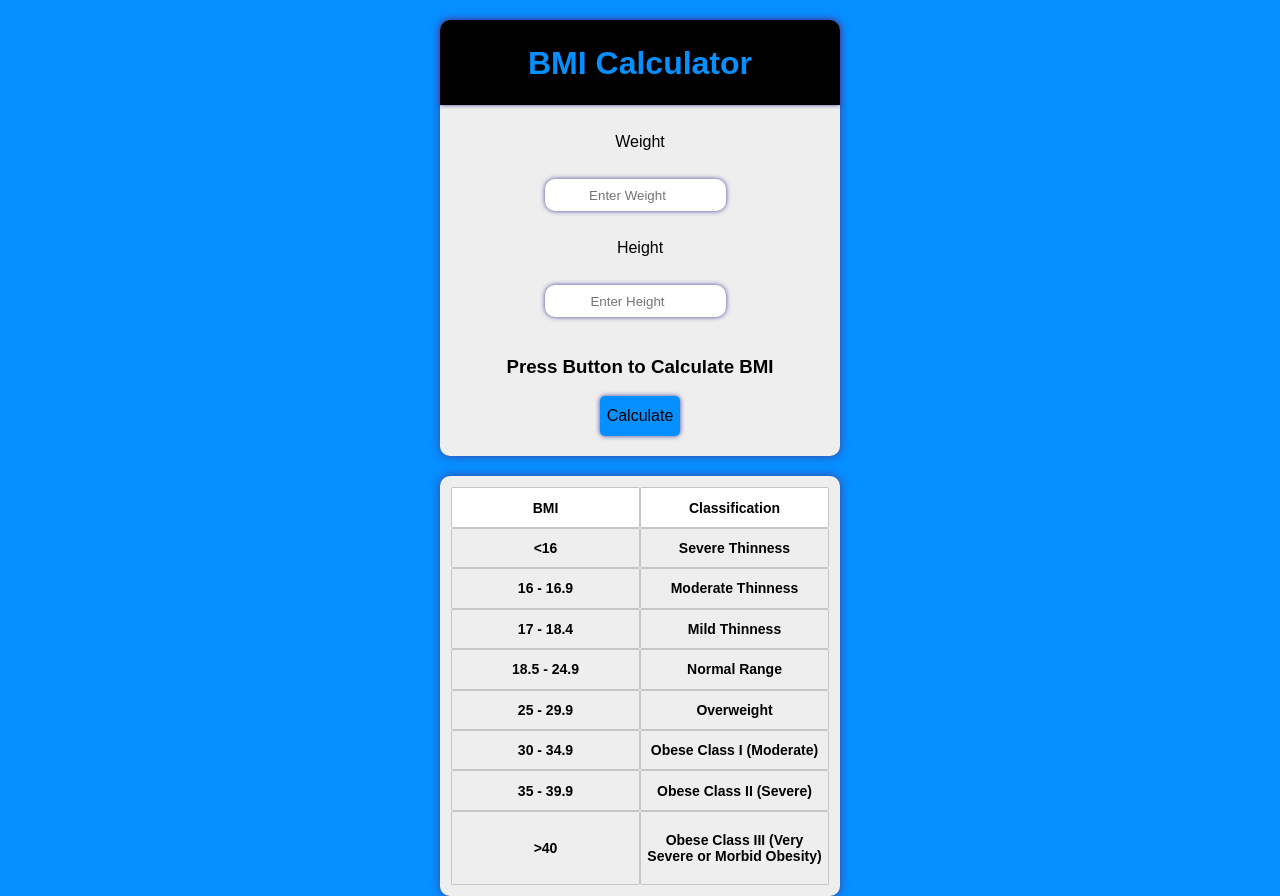
Repository: shayanabedi98/bmi-calculator
Page: index.html
An editor plug-in stored every save of this project. The page is shown before and after the next save, followed by the edit.
The browser window is 1280 px wide. The pictures show the whole page.

Above is the page before, as saved 2023-07-24 18:07:18.

### index.html
<!DOCTYPE html>
<html lang="en">
<head>
    <meta charset="UTF-8">
    <meta name="viewport" content="width=device-width, initial-scale=1.0">
    <title>BMI Calculator</title>
    <link rel="stylesheet" href="styles.css">
</head>
<body>
    <div class="container">
        <div class="card">
            <div class="bmi-calculator">
                <h1>BMI Calculator</h1>
                <label class="weight" for="weight">Weight</label>
                    <input id="weight" placeholder="Enter Weight" type="number">
                    <!-- <input type="radio" name="weight" checked><span>kg</span>
                    <input type="radio" name="weight"><span>lbs</span> -->
                <label class="height" for="height">Height</label>
                    <input type="number" placeholder="Enter Height" id="height">
                    <!-- <input type="radio" name="height" checked><span>cm</span>
                    <input type="radio" name="height"><span>feet</span> -->
                <div class="result">
                    <h3>Press Button to Calculate BMI</h3>
                    <button onclick="calc()" class="calculate">Calculate</button>
                </div>
            </div>
        </div>
        <div class="card chart">
            <div class="bmi-chart">
                <table bgcolor=''>
                    <tr bgcolor="#ffffff" align="center">
                        <th width="100">BMI</th>
                        <th width="100">Classification</th>
                    </tr>
                    <tr bgcolor="EEEEEE">
                        <th>&lt;16</th>
                        <th>Severe Thinness</th>
                    </tr>
                    <tr bgcolor="EEEEEE">
                        <th>16 - 16.9</th>
                        <th>Moderate Thinness</th>
                    </tr>
                    <tr bgcolor="EEEEEE">
                        <th>17 - 18.4</th>
                        <th>Mild Thinness</th>
                    </tr>
                    <tr bgcolor="EEEEEE">
                        <th>18.5 - 24.9</th>
                        <th>Normal Range</th>
                    </tr>
                    <tr bgcolor="EEEEEE">
                        <th>25 - 29.9</th>
                        <th>Overweight</th>
                    </tr>
                    <tr bgcolor="EEEEEE">
                        <th>30 - 34.9</th>
                        <th>Obese Class I (Moderate)</th>
                    </tr>
                    <tr bgcolor="EEEEEE">
                        <th>35 - 39.9</th>
                        <th>Obese Class II (Severe)</th>
                    </tr>
                    <tr bgcolor="EEEEEE">
                        <th>&gt;40</th>
                        <th>Obese Class III (Very Severe or Morbid Obesity)</th>
                    </tr>
                </table>
            </div>
        </div>
    </div>
    <script src="index.js"></script>
</body>
</html>

### styles.css
body {
    background-color: #068FFF;
    font-family: sans-serif;
    text-align: center;
    padding: 0;
    margin: 0;
}

h1 {
    margin-top: 0;
    margin-bottom: 0;
    background-color: #000000;
    color: #068FFF;
    border-radius: 10px 10px 0 0;
    height: 60px;
    padding-top: 25px;
    box-shadow: 0 0 4px 0 #4141a0;
}

h2 {
    margin-top: 0;
    margin-bottom: 10px;
}

.container {
    display: inline-block;
}

.card {
    background-color: #EEEEEE;
    width: 400px;
    border-radius: 10px;
    margin-left: auto;
    margin-top: 5%;
    box-shadow: 0 0 10px 0 #4141a0;
}

.chart {
    padding: 10px;
    width: 380px;
}

table {
    width: 100%;
    height: 400px;
    font-size: 14px;
}

th {
    box-shadow: 0 0 1px 0 black;
}

.weight {
    display: block;
    text-align: start;
    padding: 7%;
    text-align: center;
}

.height {
    display: block;
    text-align: start;
    padding: 7%;
    text-align: center;
}

input[type='number'] {
    display: inline-block;
    text-align: center;
    margin-right: 10px;
    height: 30px;
    border-radius: 10px;
    border: none;
    box-shadow: 0 0 5px 0 #4141a0;
}

.result {
    padding: 5%;
}

.result button {
    background-color: #068FFF;
    height: 40px;
    width: 80px;
    border-radius: 5px;
    border: none;
    box-shadow: 0 0 5px 0 #4141a0;
    cursor: pointer;
    font-size: 16px;
}

### index.js
var kg = document.querySelector('#weight').value;
var cm = document.querySelector('#height').value;
function calc() {
    let m = cm / 100;
    let result = kg / (m * m);
     console.log(result);
}

After the next save:
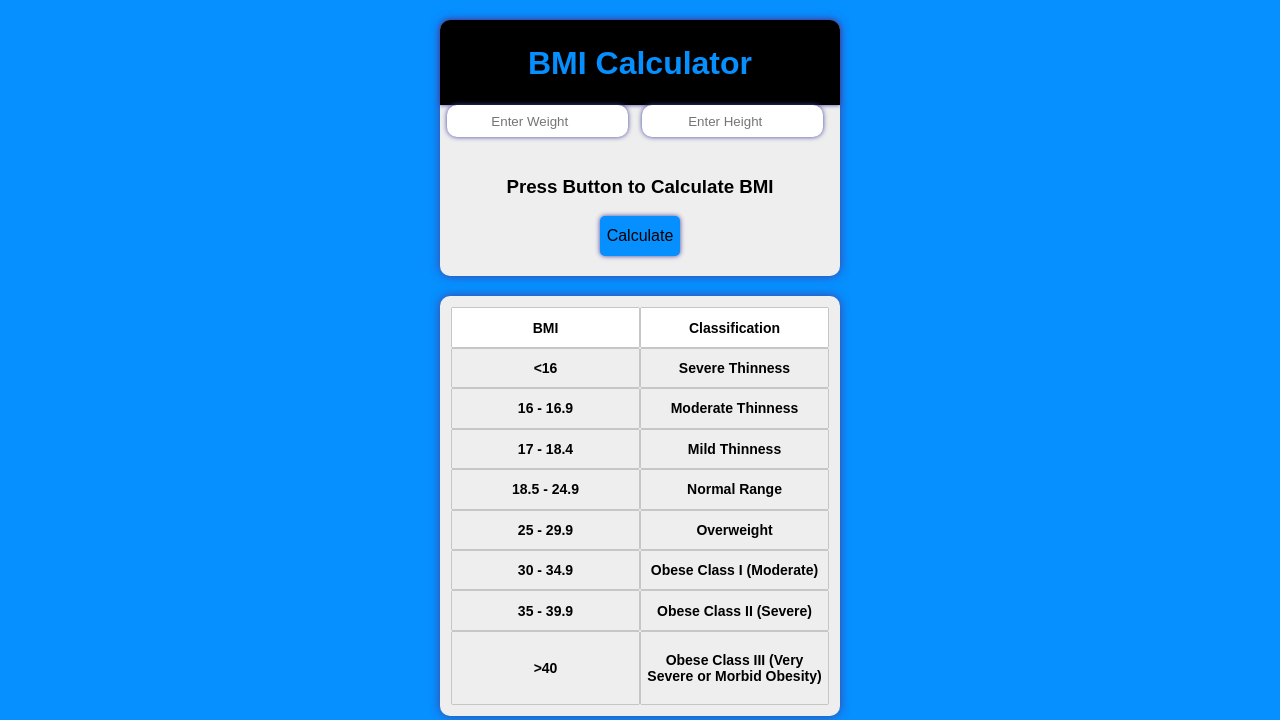
Saved 3 min 36 s later.
--- a/index.html
+++ b/index.html
@@ -11,11 +11,11 @@
         <div class="card">
             <div class="bmi-calculator">
                 <h1>BMI Calculator</h1>
-                <label class="weight" for="weight">Weight</label>
+                <!-- <label class="weight" for="weight">Weight</label> -->
                     <input id="weight" placeholder="Enter Weight" type="number">
                     <!-- <input type="radio" name="weight" checked><span>kg</span>
                     <input type="radio" name="weight"><span>lbs</span> -->
-                <label class="height" for="height">Height</label>
+                <!-- <label class="height" for="height">Height</label> -->
                     <input type="number" placeholder="Enter Height" id="height">
                     <!-- <input type="radio" name="height" checked><span>cm</span>
                     <input type="radio" name="height"><span>feet</span> -->
